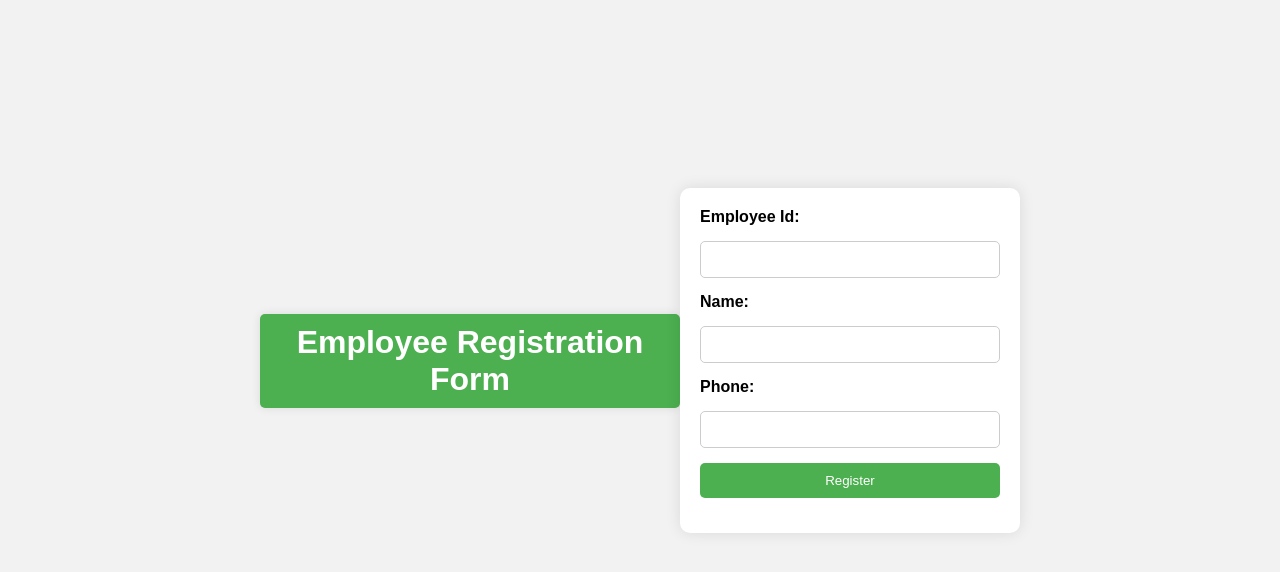
Repository: Akshay1416/Spring_MVC-Hiberneat-Project
Page: http://localhost/employee-mvc/register.jsp
These files come from the project's save history. The page is drawn as it stood at one moment and after the next save; the edit follows.
The browser window is 1280 px wide. The pictures show the whole page.
The page is served by Tomcat 9. Other server files are loaded and not shown.

Above is the page before, as saved 2024-10-15 14:13:14.

### employee-mvc/src/main/webapp/register.jsp
<%@ page language="java" contentType="text/html; charset=UTF-8"
    pageEncoding="UTF-8"%>
<!DOCTYPE html>
<html>
<head>
<meta charset="UTF-8">
<title>Insert title here</title>
<style>
        body {
            font-family: Arial, sans-serif;
            background-color: #f2f2f2;
            display: flex;
            justify-content: center;
            align-items: center;
            height: 100vh;
            margin: 0;
        }
         h1 {
            color: #333;
            font-size: 2em;
            text-align: center;
            margin-bottom: 20px;
            padding: 10px;
            background-color: #4CAF50;
            color: white;
            border-radius: 5px;
            width: 100%;
            max-width: 400px;
            box-shadow: 0 0 10px rgba(0, 0, 0, 0.1);
        }

        form {
            background-color: #fff;
            padding: 20px;
            border-radius: 10px;
            box-shadow: 0 0 15px rgba(0, 0, 0, 0.1);
            width: 300px;
        }

        label, input[type="text"], input[type="submit"] {
            display: block;
            width: 100%;
            margin-bottom: 15px;
        }

        label {
            font-weight: bold;
        }

        input[type="text"] {
            padding: 10px;
            border: 1px solid #ccc;
            border-radius: 5px;
            box-sizing: border-box;
        }

        input[type="submit"] {
            padding: 10px;
            background-color: #4CAF50;
            color: white;
            border: none;
            border-radius: 5px;
            cursor: pointer;
        }

        input[type="submit"]:hover {
            background-color: #45a049;
        }
    </style>
</head>
<body>
<h1>Employee Registration Form</h1><br>
	<form action="reg">
        <label for="id">Employee Id:</label>
        <input type="text" id="id" name="id">

        <label for="name">Name:</label>
        <input type="text" id="name" name="name">

        <label for="phone">Phone:</label>
        <input type="text" id="phone" name="phone">

        <input type="submit" value="Register">
    </form>
</body>
</html>

After the next save:
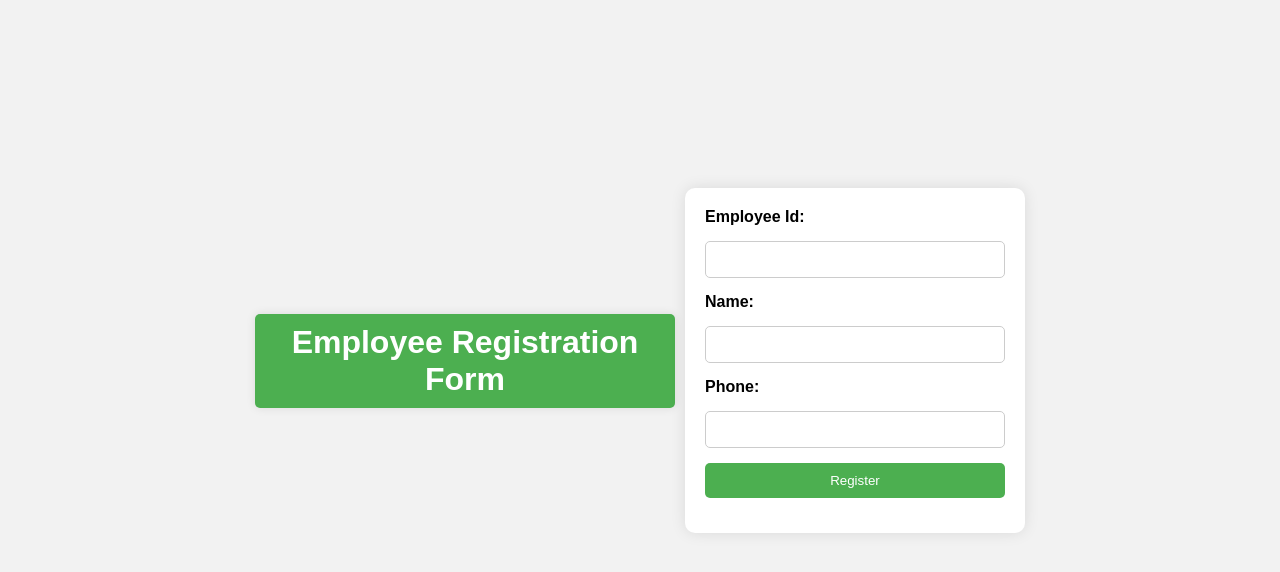
Saved 46 s later.
--- a/employee-mvc/src/main/webapp/register.jsp
+++ b/employee-mvc/src/main/webapp/register.jsp
@@ -27,6 +27,7 @@
             width: 100%;
             max-width: 400px;
             box-shadow: 0 0 10px rgba(0, 0, 0, 0.1);
+            margin-right: 10px;
         }
 
         form {
